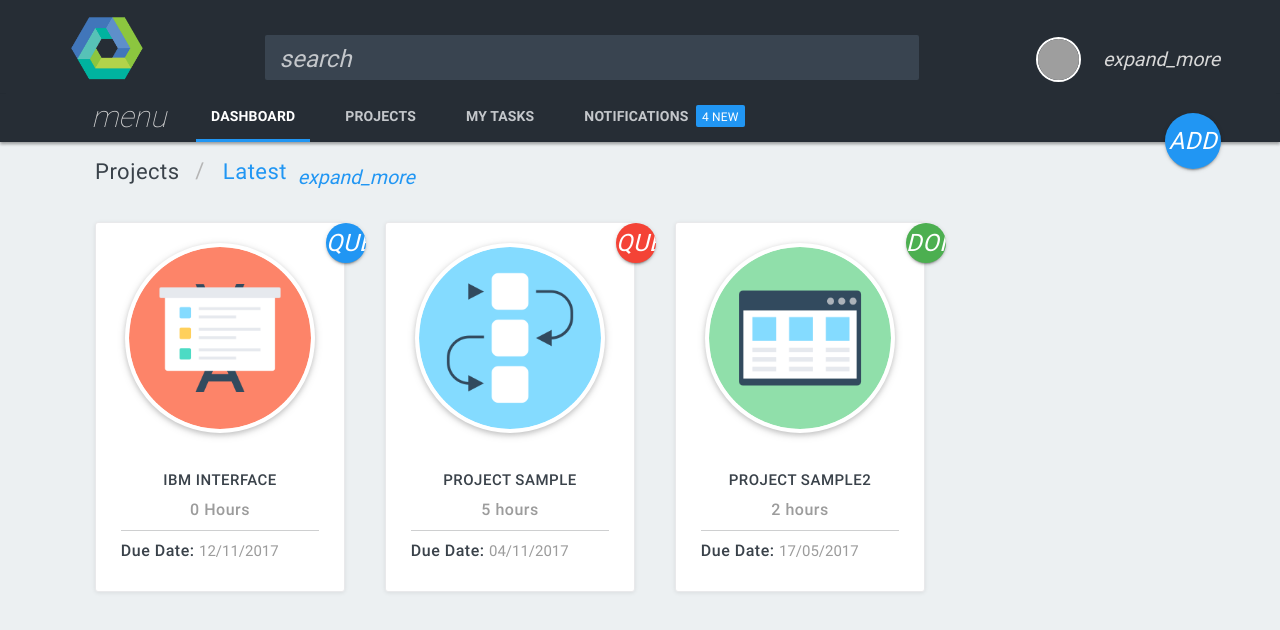
Repository: RenanChagas/ProjectManagement
Page: http://localhost/finalproject/WEB-INF/views/projects.jsp
The author's editor kept a copy of each file at every save. The page is drawn from the files as they stood at one save, then again after the next save.
The browser window is 1280 px wide. The pictures show the whole page.
Pictures or frames that could not be fetched are drawn as grey boxes. The page is served by Tomcat 9. Nobody is signed in. Other server files are loaded and not shown. The template is opened directly, without the code that normally fills it, so the values that code supplies are empty.

Above is the page before, as saved 2017-09-09 15:28:29.

### finalproject/src/main/webapp/WEB-INF/views/projects.jsp
<%@ page language="java" contentType="text/html; charset=ISO-8859-1" pageEncoding="ISO-8859-1"%>
<%@ taglib prefix="c" uri="http://java.sun.com/jsp/jstl/core"%>
<%@ taglib prefix="form" uri="http://www.springframework.org/tags/form"%>
<%@ taglib prefix="t" uri="http://www.springframework.org/tags"%>

<!DOCTYPE html>
<html lang="en">
<head>
  <meta http-equiv="Content-Type" content="text/html; charset=UTF-8"/>
  <meta name="viewport" content="width=device-width, initial-scale=1, maximum-scale=1.0"/>
  <title>Course Management</title>

  <!-- CSS  -->
  <link href="https://fonts.googleapis.com/icon?family=Material+Icons" rel="stylesheet">
  <link type="text/css" rel="stylesheet" media="screen,projection" href="<c:url value='/static/css/materialize.css' />"/>
  <link type="text/css" rel="stylesheet" media="screen,projection" href="<c:url value='/static/css/custom-css.css' />"/>

  <!--  Scripts-->
  <script src="<c:url value="/static/js/jquery-2.1.1.min.js" />"></script>
  <script src="<c:url value="/static/js/materialize.js" />"></script>
  <script src="<c:url value="/static/js/Chart.js" />"></script>
  <script src="<c:url value="/static/js/menu.js" />"></script>

  <!-- Website Logo -->
  <link rel="icon" href="<c:url value="/static/images/default/logo.png"/>">

  <script>
    $(document).ready(function(){
      $('.modal').modal();
    });

  </script>

</head>
<body>

	<!-- NAV TOP  -->
	<nav id="logo_nav" class="MDC-navbar-style MDC-shadow-0 hide-on-small-and-down">
    	<div class="nav-wrapper MDC-nav-margin">
    		<!--  NAV CONTAINER -->
      		<div class="row MDC-nav-top-container ">

        	<!-- Logo -->
        	<div class="col s12 m3 l2">
          		<div class="MDC-nav-logo-position">
          			<img src="<c:url value="/static/images/default/logo.png"/>" class="MDC-nav-logo-size"/>
          		</div>
        	</div>

        	<!-- Search -->
        	<div class="col s12 m7 l7">
          		<div class="MDC-nav-search-position">
            	<form>
              		<div class="input-field">
                		<input id="search" type="search" class="MDC-nav-search-focus" required>
                		<label class="label-icon" for="search"><i class="material-icons MDC-nav-search-focus">search</i></label>
                  		<i class="material-icons MDC-nav-search-focus">close</i>
              		</div>
            	</form>
          		</div>
        	</div>

        	<!-- Avatar -->
        	<div class="col s12 m2 l3">
          		<div class="MDC-nav-account-position">
	            	<!-- Dropdown Trigger -->
	            	<a class="dropdown-button " data-beloworigin="true"
	               		href='#' data-activates='account-dropdown'>
	               		<div class="MDC-nav-account-option-position hide-on-med-and-down">
	                		 <i class="material-icons MDC-icon-small MDC-color-grey-light">expand_more</i>
	               		</div>
	               		<span class="MDC-login-text MDC-nav-account-text-position
	               					MDC-color-grey-light hide-on-med-and-down">
	                 	${user.username}
	               		</span>
	               		<img src="<c:url value="/static/images/avatar/${user.username}/${user.username}.png"/>"
	               				class="MDC-avatar-circle-small mdc-nav-avatar-position"/>
	            	</a>
	            	<!-- Dropdown Structure -->
	            	<ul id='account-dropdown' class='dropdown-content MDC-nav-account-dropdown-position'>
	              		<li><a id="profile" class="modal-trigger MDC-color-grey-dark-2 MDC-font-15" href="profile">Profile</a></li>
	              		<li><a class="MDC-color-grey-dark-2 MDC-font-15" href="#!">Report a Problem</a></li>
	              		<li class="divider"></li>
	              		<li><a class="MDC-color-grey-dark-2 MDC-font-15" href="logout">Logout</a></li>
	            	</ul>
          		</div>
        	</div>

			</div>
			<!--  NAV CONTAINER - END-->
		</div>
	</nav>
	<!-- NAV TOP - END -->

  <!-- NAV MENU  -->
  <div class="MDC-menu-fullWidth">
    <div class="MDC-shadow-bottom">
      <header class="MDC-shadow-bottom">
        <nav id="menu_nav" class="MDC-navbar-menu-size MDC-navbar-style MDC-shadow-0 MDC-nav-margin">
          <div class="nav-wrapper MDC-nav-margin MDC-left">
            <!-- MENU ROW -->
            <div class="row">
              <div class="col">
                <div class="MDC-nav-menu-container">

                  <ul id="nav-mobile" class="MDC-nav-menu-ul left left-align">
                    <a href="#" id="mobile-icon" onclick="openNav()" class="left MDC-padding-mobile-0
                    MDC-hover-none">
                      <i class="material-icons MDC-nav-tabs-icon MDC-color-grey-light">
                        menu
                      </i>
                    </a>
                    <li class="MDC-navbar-menu"><a class="active MDC-navbar-active" href="dashboard">Dashboard</a></li>
                    <li class="MDC-navbar-menu"><a href="projects">Projects</a></li>
                    <li class="MDC-navbar-menu"><a href="#!">My Tasks</a></li>
                    <li class="MDC-navbar-menu"><a  href="#!">Notifications
                      <span class="new badge MDC-notification-badge-style" data-badge-caption="">
                        <font class="MDC-font-weight-400">4 NEW</font>
                      </span>
                      </a>
                    </li>
                  </ul>
                  <div id="mySidenav" class="MDC-sidenav">
                    <a href="javascript:void(0)" class="MDC-closebtn" onclick="closeNav()">x</a>
                    <a href="#">About</a>
                    <a href="#">Services</a>
                    <a href="#">Clients</a>
                    <a href="#">Contact</a>
                  </div>

                </div>
              </div>
            </div>
            <!-- MENU ROW - END -->
          </div>
        </nav>
      </header>
    </div>
  </div>
  <!-- NAV MENU - END -->

<!-- TITLE PAGE -->
<div class="row  MDC-page-center MDC-page-container">
  <div class="col MDC-padding-0 left">
    <div class="MDC-page-title-size">
      <font class="MDC-h5-style MDC-color-grey-dark-2 MDC-display-inline">Projects</font>
      <font class="MDC-h5-style MDC-color-grey-light-2 MDC-display-inline MDC-relative
                   MDC-news-counterBar-position">/
      </font>
      <font class="MDC-h5-style MDC-color-blue MDC-display-inline">Latest</font>
      <i class="material-icons MDC-icon-small MDC-color-blue
                MDC-news-expand-icon-position MDC-relative">expand_more</i>

    </div>
  </div>

  <!-- ADD TASK -->
  <div class="right MDC-margin-right50">
    <a href="#modal1"  onClick="#!"
      class="btn-floating btn-large waves-effect MDC-absolute right
            MDC-background-blue MDC-General-floatbtn-position">
      <i class="material-icons">add</i>
    </a>
  </div>
</div>

  <div class="MDC-page-center MDC-page-container">
    <div class="row MDC-page-margin-top">
      <!-- Project -->
      <div class="col MDC-padding-0 MDC-margin-right40 MDC-margin-bottom30">
        <div class="MDC-card MDC-course-card-size"  onclick="location.href='task-Detailed-Document.html';">
          <!-- float btn -->
          <a href="task-Detailed-Document.html"  onClick="removeTeam(${team.id})"
            class="btn-floating btn waves-effect  MDC-absolute  right
                  MDC-background-blue  MDC-category-floatbtn-position">
            <i class="material-icons">query_builder</i>
          </a>

          <!-- Image -->
          <a href="#">
            <div class="row center MDC-margin-top20">
              <img src="images/default/projects/presentation.png"
                class="MDC-avatar-circle-large MDC-shadow-default"/>
            </div>
          </a>

          <!-- Task Title -->
          <div class="row center MDC-margin-bottom-10">
            <font class="truncate MDC-font-15 MDC-color-grey-dark-2 MDC-font-h1">
                IBM Interface
              </font>
          </div>

          <!-- Task Description -->
          <div class="row center MDC-margin-bottom-10">
            <font class="truncate MDC-font-16-2 MDC-color-grey MDC-font-h1
                        MDC-uppercase-none">
               0 Hours
            </font>
          </div>

          <!-- Task Date -->
          <div class="row MDC-margin-top10 MDC-width-80perc">
            <div class="MDC-divider"></div>
            <font class="truncate MDC-font-16-2 MDC-uppercase-none MDC-font-h1
                        MDC-color-grey-dark-2">
                 Due Date:
            </font>
            <font class="MDC-color-grey">12/11/2017</font>
          </div>
        <!-- CARD END -->
        </div>
      </div>
      <!-- Project-END -->

      <!-- Project -->
      <div class="col MDC-padding-0 MDC-margin-right40 MDC-margin-bottom30">
        <div class="MDC-card MDC-course-card-size">
          <!-- float btn -->
          <a href="task-Detailed-Document.html"  onClick="removeTeam(${team.id})"
            class="btn-floating btn waves-effect  MDC-absolute  right
                  red  MDC-category-floatbtn-position">
            <i class="material-icons">query_builder</i>
          </a>

          <!-- Image -->
          <a href="#">
            <div class="row center MDC-margin-top20">
              <img src="images/default/projects/diagram.png"
                class="MDC-avatar-circle-large MDC-shadow-default"/>
            </div>
          </a>

          <!-- Task Title -->
          <div class="row center MDC-margin-bottom-10">
            <font class="truncate MDC-font-15 MDC-color-grey-dark-2 MDC-font-h1">
                Project Sample
              </font>
          </div>

          <!-- Task Description -->
          <div class="row center MDC-margin-bottom-10">
            <font class="truncate MDC-font-16-2 MDC-color-grey MDC-font-h1
                        MDC-uppercase-none">
                5 hours
            </font>
          </div>

          <!-- Task Date -->
          <div class="row MDC-margin-top10 MDC-width-80perc">
            <div class="MDC-divider"></div>
            <font class="truncate MDC-font-16-2 MDC-uppercase-none MDC-font-h1
                        MDC-color-grey-dark-2">
                Due Date:
            </font>
            <font class="MDC-color-grey">04/11/2017</font>
          </div>
        <!-- CARD END -->
        </div>
      </div>
      <!-- Project-END -->

      <!-- Project -->
      <div class="col MDC-padding-0 MDC-margin-right40 MDC-margin-bottom30">
        <div class="MDC-card MDC-course-card-size">
          <!-- float btn -->
          <a href="task-Detailed-Document.html"  onClick="removeTeam(${team.id})"
            class="btn-floating btn waves-effect  MDC-absolute  right
                  green  MDC-category-floatbtn-position">
            <i class="material-icons">done_all</i>
          </a>

          <!-- Image -->
          <a href="#">
            <div class="row center MDC-margin-top20">
              <img src="images/default/projects/browser.png"
                class="MDC-avatar-circle-large MDC-shadow-default"/>
            </div>
          </a>

          <!-- Task Title -->
          <div class="row center MDC-margin-bottom-10">
            <font class="truncate MDC-font-15 MDC-color-grey-dark-2 MDC-font-h1">
                Project Sample2
              </font>
          </div>

          <!-- Task Description -->
          <div class="row center MDC-margin-bottom-10">
            <font class="truncate MDC-font-16-2 MDC-color-grey MDC-font-h1
                        MDC-uppercase-none">
                2 hours
            </font>
          </div>

          <!-- Task Date -->
          <div class="row MDC-margin-top10 MDC-width-80perc">
            <div class="MDC-divider"></div>
            <font class="truncate MDC-font-16-2 MDC-uppercase-none MDC-font-h1
                        MDC-color-grey-dark-2">
                Due Date:
            </font>
            <font class="MDC-color-grey">17/05/2017</font>
          </div>
        <!-- CARD END -->
        </div>
      </div>
      <!-- Project-END -->

    </div>
</div>

</body>
</html>

Loaded but not shown: finalproject/src/main/webapp/static/css/materialize.css (library); finalproject/src/main/webapp/static/js/jquery-2.1.1.min.js (library); finalproject/src/main/webapp/static/js/materialize.js (library); finalproject/src/main/webapp/static/js/Chart.js (library); finalproject/src/main/webapp/static/js/menu.js (49 lines, source omitted); finalproject/src/main/webapp/static/css/custom-css.css (1593 lines, source omitted)

After the next save:
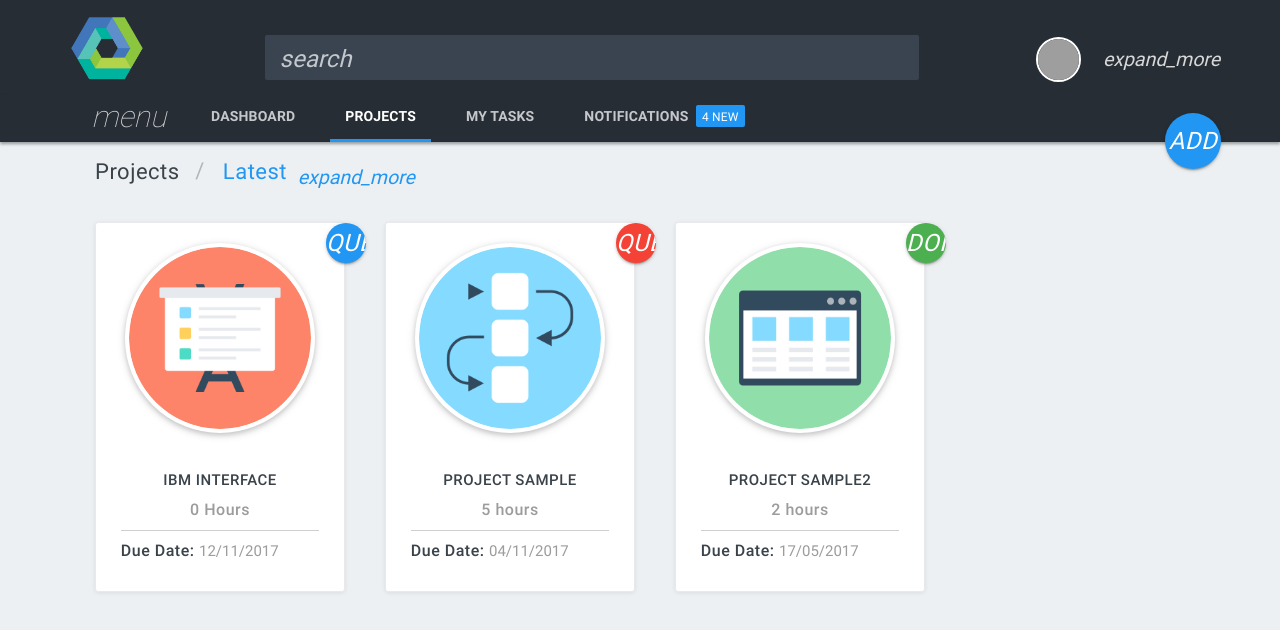
Saved 81 s later.
--- a/finalproject/src/main/webapp/WEB-INF/views/projects.jsp
+++ b/finalproject/src/main/webapp/WEB-INF/views/projects.jsp
@@ -110,8 +110,8 @@
                         menu
                       </i>
                     </a>
-                    <li class="MDC-navbar-menu"><a class="active MDC-navbar-active" href="dashboard">Dashboard</a></li>
-                    <li class="MDC-navbar-menu"><a href="projects">Projects</a></li>
+                    <li class="MDC-navbar-menu"><a href="dashboard">Dashboard</a></li>
+                    <li class="MDC-navbar-menu"><a class="active MDC-navbar-active" href="projects">Projects</a></li>
                     <li class="MDC-navbar-menu"><a href="#!">My Tasks</a></li>
                     <li class="MDC-navbar-menu"><a  href="#!">Notifications
                       <span class="new badge MDC-notification-badge-style" data-badge-caption="">
